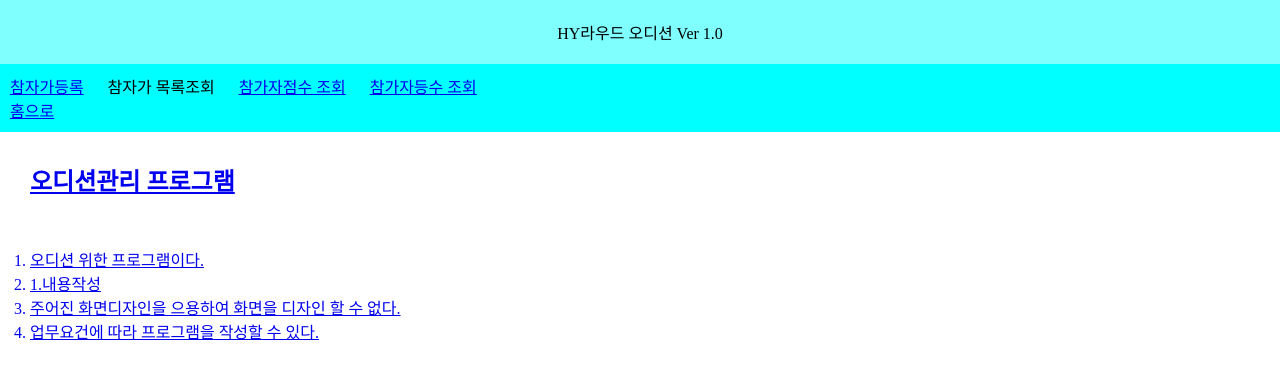
Repository: juntae710/acorn_web
Page: http://localhost/prj0828/오디션/index.jsp
An editor plug-in stored every save of this project. The page is shown before and after the next save, followed by the edit.
The browser window is 1280 px wide. The pictures show the whole page.
The page is served by Tomcat 9. Other server files are loaded and not shown.

Above is the page before, as saved 2023-08-28 07:49:50.

### prj0828/src/main/webapp/오디션/index.jsp
<%@ page language="java" contentType="text/html; charset=UTF-8"
	pageEncoding="UTF-8"%>
<!DOCTYPE html>
<html>
<head>
<meta charset="UTF-8">
<title>Insert title here</title>
<link href="../css/index.css" rel="stylesheet" />
</head>
<body>
	<header> HY라우드 오디션 Ver 1.0 </header>
	<nav>
		<ul>
			<li><a href="택시예약.jsp">참자가등록</a></li>
			<li>참자가 목록조회</li>
			<li><a href="list.jsp">참가자점수 조회</a></li>
			<li><a href="index.jsp">참가자등수 조회</li>
			<li>홈으로</li>
		</ul>

	</nav>
	<section>
		<h2>오디션관리 프로그램</h2>
		<ol>
			<li>오디션 위한 프로그램이다.</li>
			<li>1.내용작성</li>
			<li>주어진 화면디자인을 으용하여 화면을 디자인 할 수 없다.</li>
			<li>업무요건에 따라 프로그램을 작성할 수 있다.</li>
		</ol>
	</section>
	<footer></footer>

	<!-- 태그 : 쌍으로 (열리는태그 , 닫히는 태그) <h2></h2>
단독으로 사용되는 태그:
<img src =""/> -->
</body>
</html>

### prj0828/src/main/webapp/css/index.css
@charset "UTF-8";
*{
	padding: 0px;
	margin: 0px;
}
header{
	padding: 20px;
	/*color: blue;*/
	background-color: rgb(128, 255, 255);
	text-align: center;
}
nav{
	padding: 10px;
	/*color: blue;*/
	background-color: rgb(0, 255, 255);
	/*text-align: center;*/
}
ul{
	list-style: none;
}
ul > li{
	display: inline-block;
	padding-right: 20px;
}
section{
	height: 500px;
	padding: 30px;
}
section ol{
	margin-top: 50px;
}
footer{
	background-color:  rgb(128, 255, 255);
}

After the next save:
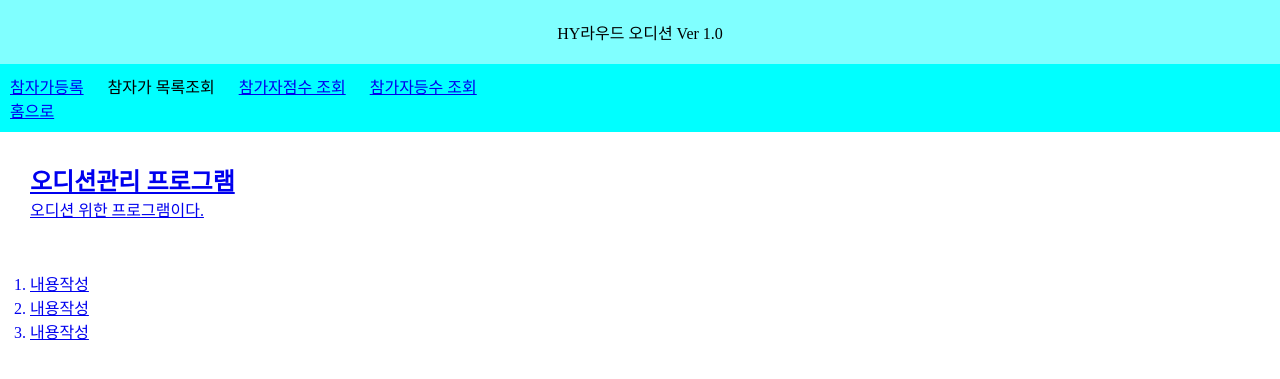
Saved 2 min 9 s later.
--- a/prj0828/src/main/webapp/오디션/index.jsp
+++ b/prj0828/src/main/webapp/오디션/index.jsp
@@ -21,11 +21,12 @@
 	</nav>
 	<section>
 		<h2>오디션관리 프로그램</h2>
+		<p>오디션 위한 프로그램이다.</p>
 		<ol>
-			<li>오디션 위한 프로그램이다.</li>
-			<li>1.내용작성</li>
-			<li>주어진 화면디자인을 으용하여 화면을 디자인 할 수 없다.</li>
-			<li>업무요건에 따라 프로그램을 작성할 수 있다.</li>
+
+			<li>내용작성</li>
+			<li>내용작성</li>
+			<li>내용작성</li>
 		</ol>
 	</section>
 	<footer></footer>
